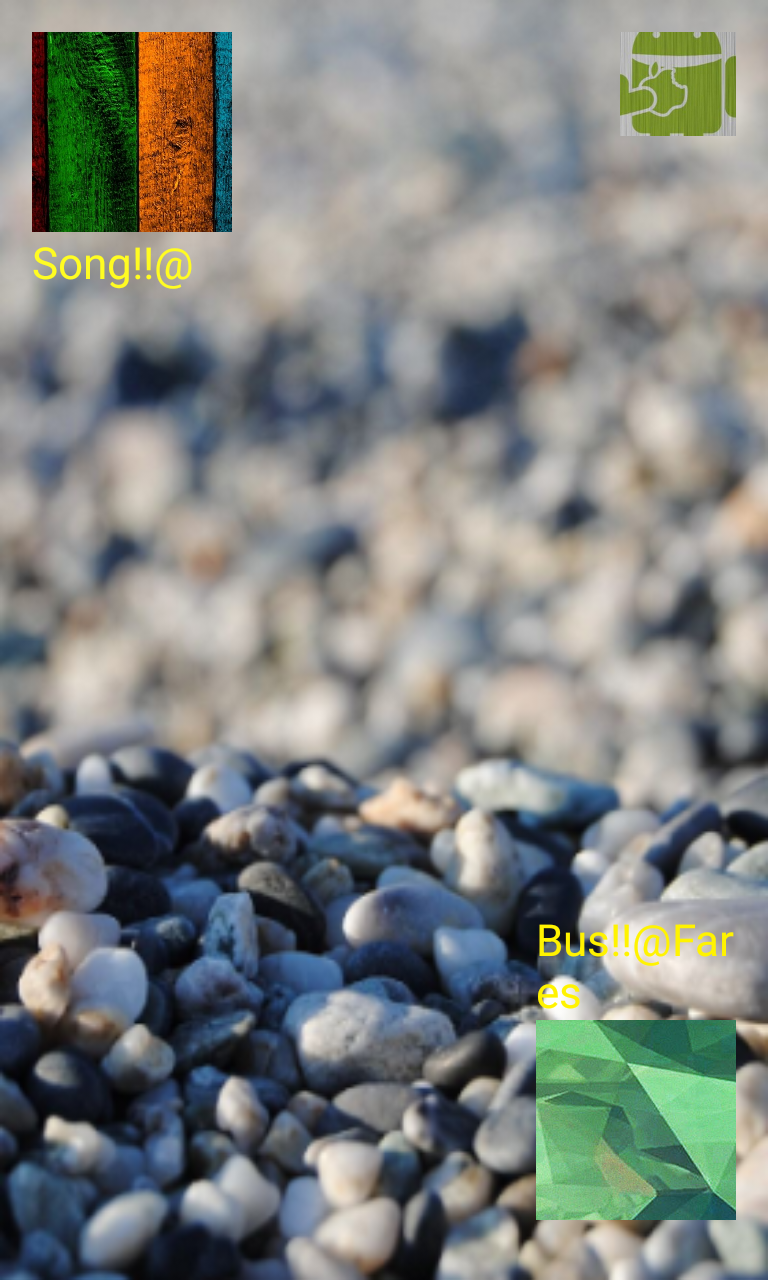
Repository: yogeshwar1996/android-app
Layout: CHD!!@BUSES/res/layout/activity_options.xml
The author's editor kept a copy of each file at every save. The layout is drawn from the files as they stood at one save, then again after the next save.
It is drawn on a 768 x 1280 px phone screen (xhdpi) without system bars, with theme android:Theme.Holo; the app's code is not run.

Above is the layout before, as saved 2016-07-11 05:17:50.

After the next save:
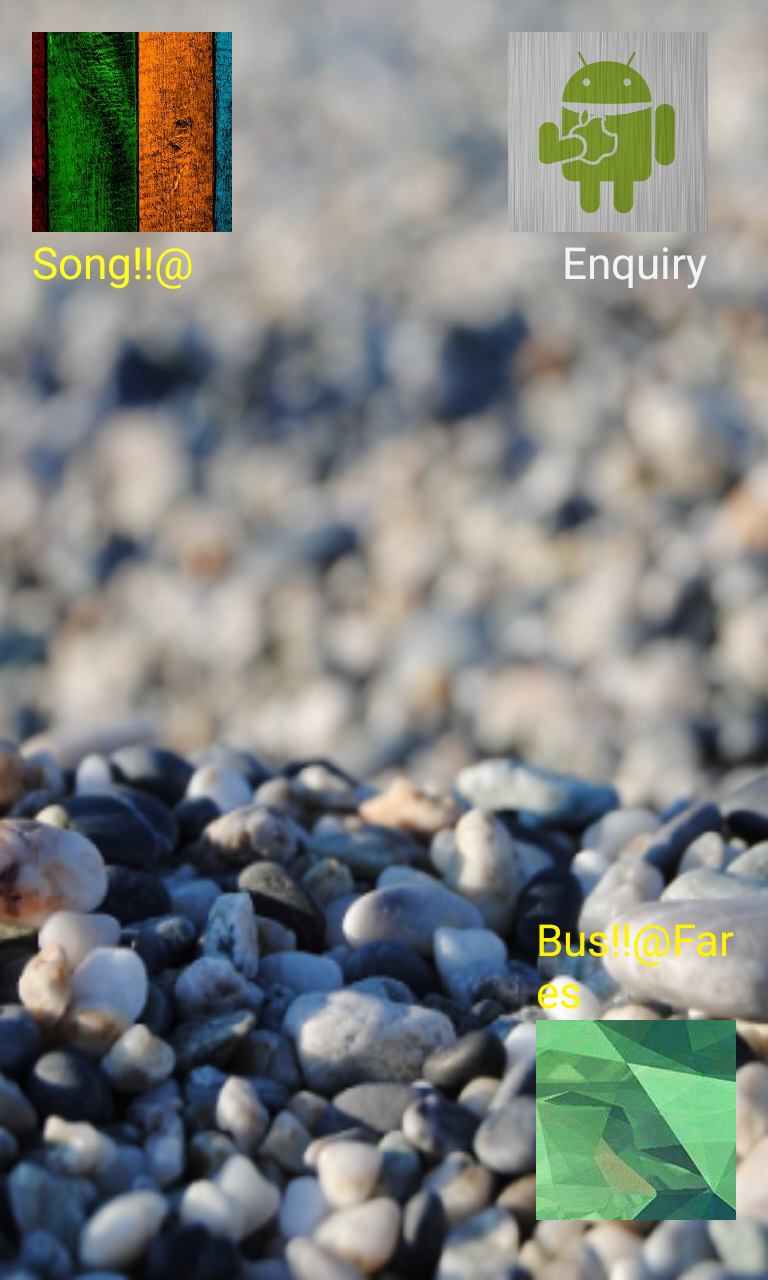
Saved 2 min 34 s later.
--- a/CHD!!@BUSES/res/layout/activity_options.xml
+++ b/CHD!!@BUSES/res/layout/activity_options.xml
@@ -50,10 +50,19 @@
         android:id="@+id/imageButton1"
         android:layout_width="100dp"
         android:layout_height="100dp"
-        android:layout_alignBottom="@+id/imageButton_o"
-        android:layout_alignLeft="@+id/textView1"
-        android:layout_marginBottom="48dp"
-        android:layout_marginLeft="42dp"
+        android:layout_above="@+id/textView2"
+        android:layout_alignRight="@+id/textView1"
+        android:layout_marginRight="14dp"
         android:src="@drawable/ka" />
 
+    <TextView
+        android:id="@+id/textView3"
+        android:layout_width="wrap_content"
+        android:layout_height="wrap_content"
+        android:layout_alignBaseline="@+id/textView2"
+        android:layout_alignBottom="@+id/textView2"
+        android:layout_alignRight="@+id/imageButton1"
+        android:text="Enquiry"
+        android:textAppearance="?android:attr/textAppearanceLarge" />
+
 </RelativeLayout>
